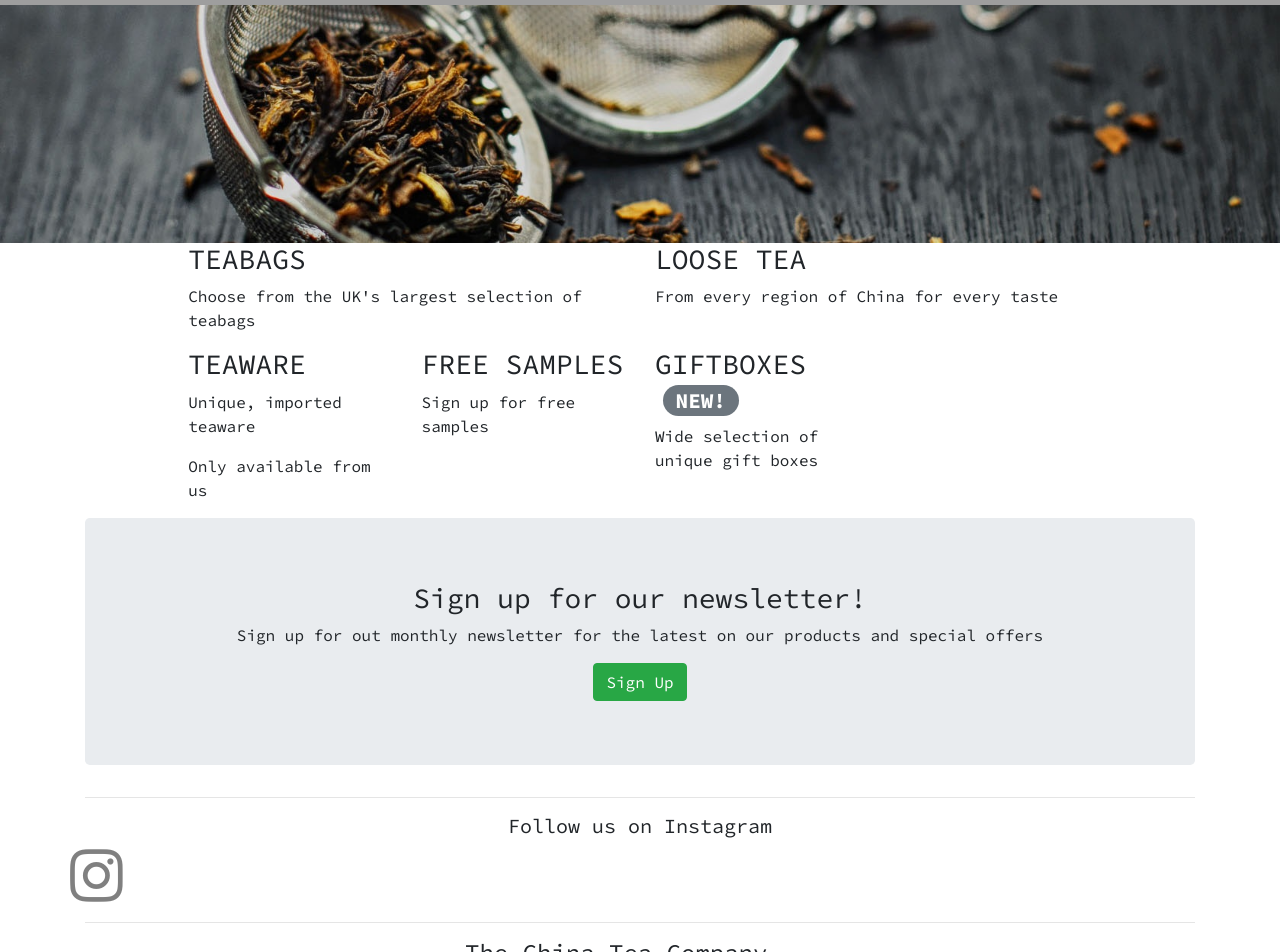
Repository: Code-Institute-Submissions/china-tea
Page: index.html
The author's editor kept a record of every edit. The page is drawn from the files as they stood at one moment, then again after the next edit.
The browser window is 1280 px wide. The pictures show the part of the page from y = 715 to 1667 px (the page is 2125 px tall before and 2053 px after).
Pictures or frames that could not be fetched are drawn as grey boxes. Backgrounds fixed to the window are drawn as part of the page. Some web libraries are served in a nearby version.

Above is the page before.

After the next edit:
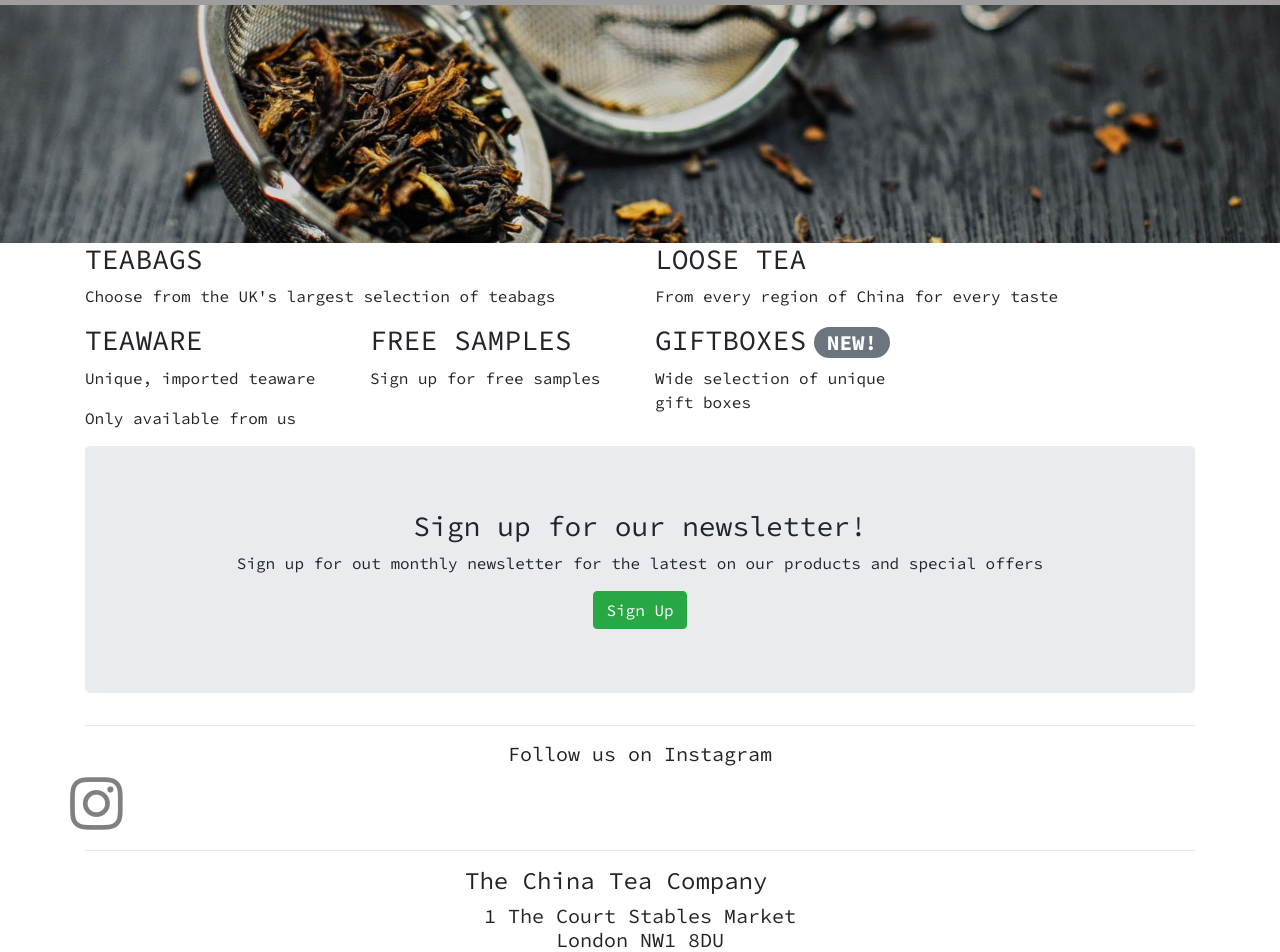
The edit:
--- a/assets/style.css
+++ b/assets/style.css
@@ -41,8 +41,7 @@
 
 }
 
-.cup-leafs {
-    height: 33vh;
+
 
 }
 
